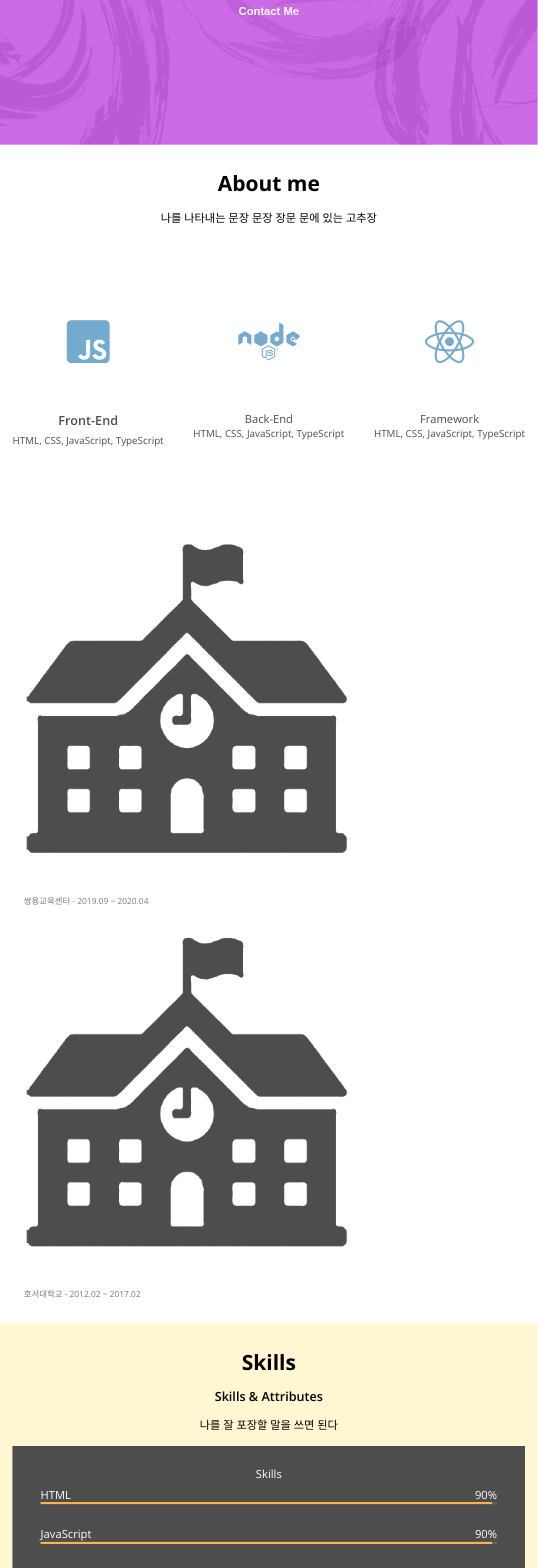
Repository: DevMinwoo-Jung/MinwooPortfolio
Page: index.html
An editor plug-in stored every save of this project. The page is shown before and after the next save, followed by the edit.
The browser window is 768 px wide. The pictures show the part of the page from y = 584 to 2824 px (the page is 6235 px tall before and 6345 px after), at 70% of full size.

Above is the page before, as saved 2021-06-07 08:33:15.

### index.html
<!DOCTYPE html>
<html lang="en">
<head>
  <meta charset="UTF-8">
  <meta http-equiv="X-UA-Compatible" content="IE=edge">
  <meta name="viewport" content="width=device-width, initial-scale=1.0">
  <title>Minwoo's Portfolio</title>
  <meta name="description" content="(will be) world-renowned Front-End Web developer Minwoo">
  <meta name="author" content= "Minwoo Jung">
  <link rel="icon" type ="image/png" href="imgs/favicon.png">
  <link rel="stylesheet" href="https://use.fontawesome.com/releases/v5.15.3/css/all.css" integrity="sha384-SZXxX4whJ79/gErwcOYf+zWLeJdY/qpuqC4cAa9rOGUstPomtqpuNWT9wdPEn2fk" crossorigin="anonymous">
  <link rel="preconnect" href="https://fonts.gstatic.com">
<link href="https://fonts.googleapis.com/css2?family=Open+Sans:wght@400;600;700&display=swap" rel="stylesheet">
<link rel="stylesheet" href="style.css">
<script src="main.js" defer></script>
</head>
<body>
  <!-- Navbar -->
  <nav id="navbar">
    <div class="navbar__logo">
      <img src="imgs/favicon.png" alt="">
      <a href="#">Minwoo</a>
    </div>
    <div class="navbar__menu">
      <ul class="navbar__menu">
        <li class="navbar__menu__item active" data-link="#home">Home</li>
        <li class="navbar__menu__item" data-link="#about">About</li>
        <li class="navbar__menu__item" data-link="#skills">Skills</li>
        <li class="navbar__menu__item" data-link="#work">My work</li>
        <li class="navbar__menu__item" data-link="#testimonials">Testimonial</li>
        <li class="navbar__menu__item" data-link="#contact">Contact</li>
      </ul>
    </div>
  <!-- Toggle Button -->
      <button class="navbar__toggle-btn">
        <i class="fas fa-bars"></i>
      </button>
  </nav>

  <!-- Arrow Button -->
    <button class="home__btn" data-link="#home">
      <i class="fas fa-chevron-circle-up"></i>
    </button>


  <!-- Home -->
  <section id="home">
    <div class="home__container">
      <img src="imgs/myPhoto.jpg" alt="Minwoo's profile photo" class="home__avatar">
      <h1 class="home__title">반갑습니다. <br> 프론트엔드 개발자 정민우입니다.</h1>
      <h2 class="home__description">멈추지 않는 개발자로 살아가고싶습니다.</h2>
      <button class="home__contact" data-link="#contact">Contact Me</button>
    </div>
  </section>
  <!-- About -->
  <section id="about" class="section section__container">
    <h1>About me</h1>
    <p>나를 나타내는 문장 문장 장문 문에 있는 고추장</p>
    <div class="aoubt__majors">
      <div class="major">
        <div class="major__icon">
          <i class="fab fa-js-square"></i>
        </div>
        <h2 class="major__title">Front-End</h2>
        <div class="major__description">
          HTML, CSS, JavaScript, TypeScript
        </div>
      </div>
      <div class="major">
        <div class="major__icon">
          <i class="fab fa-node"></i>
        </div>
        <div class="major__title">Back-End</div>
        <div class="major__description">
          HTML, CSS, JavaScript, TypeScript
        </div>
      </div>
      <div class="major">
        <div class="major__icon">
          <i class="fab fa-react"></i>
        </div>
        <div class="major__title">Framework</div>
        <div class="major__description">
          HTML, CSS, JavaScript, TypeScript
        </div>
      </div>
    </div>
    <div class="aoubt__jobs">
      <div class="job">
        <img src="imgs/school.png" alt="" class="job__logo">
      </div>
      <div class="job__description">
        <p class="job__period">쌍용교육센터 - 2019.09 ~ 2020.04</p>
      </div>
      <div class="job">
        <img src="imgs/school.png" alt="" class="job__logo">
      </div>
      <div class="job__description">
        <p class="job__period">호서대학교 - 2012.02 ~ 2017.02</p>
      </div>
    </div>



  </section>
  <!-- Skills -->
  <section id="skills" class="section">
    <div class="section__container">
      <h1>Skills</h1>
      <h2>Skills & Attributes</h2>
      <p>
        나를 잘 포장할 말을 쓰면 된다
      </p>
      <div class="skillset">
        <div class="skillset__left">
          <h3 class="skillset__title">Skills</h3>
          <div class="skill">
            <div class="skill__description">
              <span>HTML</span>
              <span>90%</span>
            </div>
            <div class="skill__bar">
              <div class="skill__value" style="width: 99%;"></div>
            </div>
          </div>
          <div class="skill">
            <div class="skill__description">
              <span>JavaScript</span>
              <span>90%</span>
            </div>
            <div class="skill__bar">
              <div class="skill__value"  style="width: 99%;"></div>
            </div>
          </div>
          <div class="skill">
            <div class="skill__description">
              <span>CSS</span>
              <span>90%</span>
            </div>
            <div class="skill__bar">
              <div class="skill__value"  style="width: 90%;"></div>
            </div>
          </div>
          <div class="skill">
            <div class="skill__description">
              <span>TypeScript</span>
              <span>90%</span>
            </div>
            <div class="skill__bar">
              <div class="skill__value"  style="width: 85%;"></div>
            </div>
          </div>
          <div class="skill">
            <div class="skill__description">
              <span>NodeJs</span>
              <span>90%</span>
            </div>
            <div class="skill__bar">
              <div class="skill__value"  style="width: 80%;"></div>
            </div>
          </div>
        </div>
        <div class="skillset__right">
          <div class="tools">
            <h3 class="skillset__title">Tools</h3>
            <ul class="tools__list">
              <li><span>Visual Studio Code</span></li>
              <li><span>1</span></li>
              <li><span>2</span></li>
              <li><span>3</span></li>
              <li><span>4</span></li>
            </ul>
          </div>
          <div class="etc">
            <h3 class="skillset__title">Etc</h3>
            <ul class="etc__list">
              <li><span>Git</span></li>
              <li><span>Etc</span></li>
            </ul>
          </div>
        </div>
      </div>
    </div>
  </section>
  <!-- Work -->
  <section id="work" class="section">
<div class="section__container">
  <h1>My work</h1>
  <h3>Projects</h3>
  <div class="work__categories">
    <button class="category__btn selected" data-filter="*">All <span class="category__count">8</span></button>
    <button class="category__btn" data-filter="Front-End">Front-End <span class="category__count">3</span></button>
    <button class="category__btn" data-filter="React">React <span class="category__count">2</span></button>
    <button class="category__btn" data-filter="vanilaJs">VanilaJs <span class="category__count">2</span></button>
    <button class="category__btn" data-filter="nodeJs">NodeJs <span class="category__count">1</span></button>
  </div>
  <div class="work__projects">
    <a href="mygithub" class="project" target="blank" data-type="*">
    <img class="project__img" src="imgs/favicon.png" alt="project1">
    <!-- 이미지 추후에 넣자 -->
    <div class="project__description">
      <h3>Proejct</h3>
      <span>Clone coding with HTML and CSS</span>
    </div>
    </a>
    <a href="mygithub" class="project" target="blank" data-type="Front-End">
      <img class="project__img" src="imgs/favicon.png" alt="project1">
      <!-- 이미지 추후에 넣자 -->
      <div class="project__description">
        <h3>Proejct</h3>
        <span>Clone coding with HTML and CSS</span>
      </div>
      </a>
      <a href="mygithub" class="project" target="blank" data-type="Front-End">
        <img class="project__img" src="imgs/favicon.png" alt="project1">
        <!-- 이미지 추후에 넣자 -->
        <div class="project__description">
          <h3>Proejct</h3>
          <span>Clone coding with HTML and CSS</span>
        </div>
      </a>
      <a href="mygithub" class="project" target="blank" data-type="React">
        <img class="project__img" src="imgs/favicon.png" alt="project1">
        <!-- 이미지 추후에 넣자 -->
        <div class="project__description">
          <h3>Proejct</h3>
          <span>Clone coding with HTML and CSS</span>
        </div>
      </a>
      <a href="mygithub" class="project" target="blank" data-type="vanilaJs">
        <img class="project__img" src="imgs/favicon.png" alt="project1">
        <!-- 이미지 추후에 넣자 -->
        <div class="project__description">
          <h3>Proejct</h3>
          <span>Clone coding with HTML and CSS</span>
        </div>
      </a>
      <a href="mygithub" class="project" target="blank" data-type="vanilaJs">
        <img class="project__img" src="imgs/favicon.png" alt="project1">
        <!-- 이미지 추후에 넣자 -->
        <div class="project__description">
          <h3>Proejct</h3>
          <span>Clone coding with HTML and CSS</span>
        </div>
      </a>
      <a href="mygithub" class="project" target="blank" data-type="nodeJs">
        <img class="project__img" src="imgs/favicon.png" alt="project1">
        <!-- 이미지 추후에 넣자 -->
        <div class="project__description">
          <h3>Proejct</h3>
          <span>Clone coding with HTML and CSS</span>
        </div>
      </a>
      <a href="mygithub" class="project" target="blank" data-type="React">
        <img class="project__img" src="imgs/favicon.png" alt="project1">
        <!-- 이미지 추후에 넣자 -->
        <div class="project__description">
          <h3>Proejct</h3>
          <span>Clone coding with HTML and CSS</span>
        </div>
      </a>
  </div>
</div>
  </section>
  <!-- Testimonials -->
  <section id="testimonials" class="section">
<div class="section__container">
  <h1>Testmonials</h1>
  <h3>See what they say about me</h3>
  <div class="testimonials">
    <div class="testimonial">
      <img src="imgs/testimonail/people.jpg" alt="" class="testimonial__avatar">
      <div class="testimonail__speech-bubble">
        <p>Lorem Ipsum is simply dummy text of the printing and typesetting industry. Lorem Ipsum has been the industry's standard dummy text ever since the 1500s, when an unknown printer took a galley of type and scrambled it to make a type specimen book. It has survived not only five centuries, but also the leap into electronic typesetting, remaining essentially unchanged. It was popularised in the 1960s with the release of Letraset sheets containing Lorem Ipsum passages, and more recently with desktop publishing software like Aldus PageMaker including versions of Lorem Ipsum.</p>
        <p class="name"><a href="">이름</a>일한곳</p>
      </div>
    </div>
    <div class="testimonial">
      <div class="testimonail__speech-bubble">
        <p>Lorem Ipsum is simply dummy text of the printing and typesetting industry. Lorem Ipsum has been the industry's standard dummy text ever since the 1500s, when an unknown printer took a galley of type and scrambled it to make a type specimen book. It has survived not only five centuries, but also the leap into electronic typesetting, remaining essentially unchanged. It was popularised in the 1960s with the release of Letraset sheets containing Lorem Ipsum passages, and more recently with desktop publishing software like Aldus PageMaker including versions of Lorem Ipsum.</p>
        <p class="name"><a href="">이름</a>일한곳</p>
      </div>
      <img src="imgs/testimonail/people.jpg" alt="" class="testimonial__avatar">
    </div>
  </div>
</div>
  </section>
  <!-- Contact -->
  <section id="contact" class="section">
    <h1 class="contact__title">Let's talk</h1>
    <h2 class="contact__email">applejung312@gmail.com</h2>
    <div class="contact__links">
      <a href="https://github.com/DevMinwoo-Jung" target="_blank">
        <i class="fab fa-github"></i>
      </a>
      <a href="https://dev-minwoo.tistory.com/" target="_blank">
        <i class="fas fa-blog"></i>
      </a>
    </div>
    <p class="contact__right">
      2021 Minwoo Jung - All rights reseverd
    </p>
  </section>
</body>
</html>

### style.css
/* Global */
:root {
  /* Color */
  --color-white: #ffffff;
  --color-light-white: #eeeeee;
  --color-dark-white: #bdbdbd;
  --color-pink: #fe918d;
  --color-dark-pink: #ff6863;
  --color-dark-grey: #4d4d4d;
  --color-grey: #616161;
  --color-light-grey: #7c7979;
  --color-blue: #73aace;
  --color-yellow: #fff7d1;
  --color-orange: #feb546;
  --color-black: #000000;
  --color-dard-purple: rgb(78, 23, 69);

  /* Font size */
  --font-large: 48px;
  --font-medium: 28px;
  --font-regular: 18px;
  --font-small: 16px;
  --font-micro: 14px;

  /* Font weight */
  --weight-bold: 700;
  --weight-semi-bold: 600;
  --weight-regular: 400;

  /* Size */
  --size-border-radius: 4px;

  /* Animation Duration */
  --animation-duration: 300ms;
}

/* Universal tags */
* {
  box-sizing: border-box;
}

/* Typography */
h1 {
  font-size: var(--font-large);
  font-weight: var(--weight-bold);
  color: var(--color-black);
  margin: 16px 0px;
}

h2 {
  font-size: var(--font-medium);
  font-weight: var(--weight-semi-bold);
  color: var(--color-black);
  margin: 8px 0;
}

h3 {
  font-size: var(--font-regular);
  font-weight: var(--weight-regular);
  color: var(--color-black);
  margin: 8px 0;
}

p {
  font-size: var(--font-regular);
  font-weight: var(--weight-regular);
  color: var(--color-black);
  margin: 16px 0;
}

body {
  margin: 0;
  font-family: "Open Sans", sans-serif;
  cursor: default;
}

a {
  text-decoration: none;
  color: var(--color-white);
}

ul {
  list-style: none;
  padding-left: 0;
}

li {
  list-style: none;
}

button {
  background-color: transparent;
  cursor: pointer;
  border: none;
  outline: none;
}

/* Navbar */
#navbar {
  display: flex;
  justify-content: space-between;
  background-color: purple;
  align-items: center;
  position: fixed;
  width: 100%;
  transition: all var(--animation-duration) ease-in-out;
  z-index: 1;
}

#navbar.navbar--dark {
  background-color: rgb(150, 95, 150);
  padding: 8px;
}

.navbar__menu {
  display: flex;
}

.navbar__menu__item {
  padding: 8px 12px;
  margin: 0 4px;
  cursor: pointer;
  color: var(--color-white);
  border: 1px solid transparent;
}

.navbar__menu__item:hover {
  background-color: var(--color-dard-purple);
  border-radius: var(--size-border-radius);
}

.navbar__logo {
  font-size: var(--font-medium);
  font-weight: var(--weight-semi-bold);
  color: white;
}

.navbar__logo img {
  height: 100px;
  width: 100px;
}

.navbar__logo a {
  position: relative;
  bottom: 35px;
}

.navbar__toggle-btn {
  position: absolute;
  right: 32px;
  font-size: 24px;
  color: var(--color-white);
  top: 24px;
  display: none;
}

/* Home */
#home {
  background: url("imgs/background\ Img.png") center/cover no-repeat;
  padding: 150px;
  text-align: center;
}

.home__fadeOut {
  opacity: 0.5;
  transition: all calc(var(--animation-duration)) ease-in-out;
}

.home__avatar {
  width: 250px;
  height: 250px;
  border-radius: 50%;
  border: 2px solid var(--color-white);
}

.home__title,
.home__description {
  color: var(--color-white);
}

.home__contact {
  color: var(--color-white);
  font-size: var(--font-regular);
  font-weight: var(--weight-bold);
  margin: 24px;
  padding: 8px 12px;
  border: 2px solid (var(--color-white));
  border-radius: var(--size-border-radius);
}

.home__contact:hover {
  background-color: rgb(151, 87, 151);
}

/* Section common */
.section {
  margin: auto;
  padding: 50px;
  text-align: center;
}

.section__container {
  max-width: 1200px;
  margin: auto;
}

/* About */
.aoubt__majors {
  display: flex;
  justify-content: space-between;
  margin: 80px 0;
}

.major__icon {
  width: 170px;
  height: 170px;
  font-size: 70px;
  line-height: 170px;
  margin: auto;
  border: 1px solid var(--color-white);
  border-radius: 50%;
  margin-bottom: 16px;
  color: var(--color-blue);
}

.major__icon i {
  transition: all var(--animation-duration) ease;
}

.major__icon:hover i {
  color: var(--color-pink);
  transform: rotate(-30deg) scale(1.1);
}

/*
.major__icon i:hover{
  이렇게하면 i에 올려났을때만 변하지만
  위처럼하면 icon에 올렸을때 i만 변한다
  color: var(--color-pink);
  transform: rotate(-30deg) scale(1.1);
} */

.major__title,
.major__description {
  color: var(--color-dark-grey);
}

.major__description {
  font-size: var(--font-small);
}

.job {
  display: flex;
  align-items: center;
}

.job__description {
  margin: 0 16px;
  text-align: left;
}

.job__name,
.job__period {
  color: var(--color-light-grey);
}

.job__name {
  font-size: var(--font-small);
}

.job__period {
  font-size: var(--font-micro);
}

/* Skill */
#skills {
  background-color: var(--color-yellow);
}

.skillset {
  display: flex;
  background-color: var(--color-light-grey);
  color: var(--color-light-white);
  margin: 20px 0;
}

.skillset__title {
  color: var(--color-white);
}

.skillset__left {
  flex-basis: 60%;
  background-color: var(--color-dark-grey);
  color: var(--color-white);
  padding: 20px 40px;
}

.skill__description {
  display: flex;
  justify-content: space-between;
}

.skillset__right {
  flex-basis: 40%;
}

.tools {
  background-color: var(--color-grey);
}

.skill__bar {
  width: 100%;
  height: 3px;
  background-color: var(--color-grey);
}

.skill {
  margin-bottom: 32px;
}

.skill__value {
  height: 3px;
  background-color: var(--color-orange);
}

.tolls,
.etc {
  padding: 20px;
}

/* Work */
.work__categories {
  margin: 40px;
}

.category__btn {
  border: 1px solid var(--color-dark-grey);
  border-radius: var(--size-border-radius);
  font-size: var(--font-regular);
  padding: 8px 48px;
  position: relative;
}

.category__btn.selected,
.category__btn:hover {
  background-color: var(--color-pink);
  color: var(--color-white);
}

.category__btn.selected,
.category__count,
.category__btn:hover .category__count {
  opacity: 1;
  top: 0;
}
.category__count {
  background-color: var(--color-orange);
  border-radius: 50%;
  color: var(--color-white);
  width: 24px;
  height: 24px;
  display: inline-block;
  line-height: 24px;
  position: relative;
  top: -20px;
  right: 16px;
  opacity: 0;
  transition: all var(--animation-duration);
  position: absolute;
}

.work__projects {
  display: flex;
  flex-wrap: wrap;
  justify-content: center;
  opacity: 1;
  transition: all var(--animation-duration) ease-out;
}

.work__projects.anim-out {
  opacity: 0;
  transform: scale(0.9) translateY(40px);
}

.project {
  width: 280px;
  display: flex;
  justify-content: center;
  align-items: center;
  height: 250px;
  margin: 2px;
  background-color: var(--color-light-white);
  position: relative;
}

.project__img {
  max-width: 100%;
  max-height: 100%;
  align-self: center;
}

.project__description {
  position: absolute;
  top: 0;
  left: 0;
  width: 100%;
  height: 100%;
  display: flex;
  flex-direction: column;
  justify-content: center;
  opacity: 0;
  transition: all var(--animation-duration) ease-in;
  transform: translateY(10px);
  background-color: black;
}

.project.invisible {
  display: none;
}

.project:hover .project__description {
  opacity: 0.8;
  transform: translateY(0px);
}

.project__description h3 {
  color: var(--color-orange);
}

.project__description h3:after {
  content: "";
  display: block;
  position: relative;
  width: 25px;
  height: 25px;
  left: 50%;
  margin-left: -12px;
  background-color: var(--color-dark-white);
  transform: translateX(-50%);
}

/* Testimonial */
#testimonials {
  background-color: var(--color-dark-white);
}

.testimonials {
  margin: 40px;
}

.testimonial {
  display: flex;
  margin: 32px 0;
}

.testimonial__avatar {
  width: 150px;
  height: 150px;
  border-radius: 50%;
}

.testimonial__avatar:nth-child(odd) {
  margin-right: 40px;
}

.testimonial__avatar:nth-child(even) {
  margin-left: 40px;
}

.testimonail__speech-bubble {
  padding: 18px;
  background-color: var(--color-white);
  border-radius: var(--size-border-radius);
}

.testimonail__speech-bubble p {
  color: var(--color-light-grey);
}

.testimonail__speech-bubble a {
  color: var(--color-pink);
}

/* Contact */

#contact {
  background-color: var(--color-pink);
}

.contact__title,
.contact__email,
.contact__rights {
  color: var(--color-white);
}

.contact__title {
  margin: 32px 0;
}

.contact__links {
  font-size: var(--font-large);
  margin: 24px 0;
}

.contact__links i:hover {
  transform: scale(1.1);
  color: var(--color-yellow);
  transition: all var(--animation-duration) ease-in;
}

.home__btn {
  top: 90%;
  left: 90%;
  position: fixed;
  font-size: 40px;
  color: var(--color-white);
  background-color: purple;
  border-radius: 50%;
  width: 70px;
  height: 70px;
  pointer-events: none;
  opacity: 0;
  transition: opacity var(--animation-duration) ease-in;
}

.home__btn--visible {
  opacity: 1;
  pointer-events: auto;
}

@media screen and (max-width: 768px) {
  :root {
    /* Font size */
    --font-large: 30px;
    --font-medium: 18px;
    --font-regular: 16px;
    --font-small: 14px;
    --font-micro: 12px;
  }

  .navbar__toggle-btn {
    display: block;
  }
  #navbar {
    flex-direction: column;
    align-items: flex-start;
    transition: 0.4s;
  }
  .navbar__menu {
    flex-direction: column;
    text-align: center;
    width: 100%;
    display: none;
    opacity: 0;
    transition: all var(--animation-duration) ease-in;
  }

  .navbar__menu.show {
    flex-direction: column;
    text-align: center;
    width: 100%;
    display: block;
    opacity: 1;
    transition: all var(--animation-duration) ease-in;
  }

  .about__majors {
    flex-direction: column;
    margin-top: 30px;
    margin-bottom: 0px;
  }

  .major {
    margin-bottom: 30px;
  }

  .category__btn {
    margin: 4px 0;
    width: 90%;
  }

  .skillset {
    flex-direction: column;
  }

  .testimonail__avatar {
    width: 80px;
    height: 80px;
  }

  .testimonial {
    flex-direction: column;
    align-items: center;
  }

  .section {
    padding: 18px;
  }

  .testimonial__avatar:nth-child(odd),
  .testimonial__avatar:nth-child(even) {
    margin: 0;
    margin-bottom: 8px;
  }
  .testimonail__speech-bubble {
    order: 1;
  }

  .home__btn {
    font-size: 30px;
    border-radius: 50%;
    width: 40px;
    height: 40px;
  }

  .navbar__toggle-btn {
    display: block;
    top: 16px;
    right: 16px;
    font-size: var(--font-medium);
  }
}

### main.js
'use strict'

// const scroll = window.scrollY; // 0 ~
// const navbar = document.getElementById('navbar').getBoundingClientRect().height; // 139


// Make navbar tranparent when it is on the top
const navbar = document.querySelector('#navbar');
const navbarHeight = navbar.getBoundingClientRect().height;

document.addEventListener('scroll', () => {
  if(window.scrollY > navbar){
    navbar.classList.add('navbar--dark');
  } else {
    document.getElementById('navbar').style.backgroundColor = 'purple'
    navbar.classList.remove('navbar--dark');
  }
});


// handle scroll when click navbar menu
// navbar가 메뉴 가림 추후 해결 해야함 2021.06.02
const navbarMenu = document.querySelector('.navbar__menu');
navbarMenu.addEventListener('click', (event) => {
  const target = event.target;
  const link = target.dataset.link;
  if(link == null){
    return;
  }
  console.log(link);
  console.log(target);
  scollIntoView(link);
});


// handle scroll when click contact
const contactMe = document.querySelector('.home__contact');
contactMe.addEventListener('click', () => {
  scollIntoView('#contact');
});


// home contents is faded out when scroll down
const homeContents = document.querySelector('.home__container');
const homeHeight = homeContents.getBoundingClientRect().height;
document.addEventListener('scroll', () => {
  homeContents.style.opacity = 1 - window.scrollY / homeHeight;
});


// appears arrow button after scrolling down
const arrowBtn = document.querySelector('.home__btn');
document.addEventListener('scroll', () => {
  if(window.scrollY > homeHeight){
    arrowBtn.classList.add('home__btn--visible');
  } else {
    arrowBtn.classList.remove('home__btn--visible');
  };
  navbarMenu.classList.remove('show');
  navbarMenu.childNodes[1].classList.remove('show');
});

// go to home when click arrow button
arrowBtn.addEventListener('click', () => {
  scollIntoView('#home');
});

// show projects
const projectsCategories = document.querySelector('.work__categories');
const project = document.querySelector('.work__projects');
const projects = document.querySelectorAll('.project');

projectsCategories.addEventListener('click', (e) => {
  const filter = e.target.dataset.filter || e.target.parentNode.dataset.filter;
  if (filter == null) {
    return;
  };

// Remove selection from the previous item and select the new
const active = document.querySelector('.category__btn.selected');
active.classList.remove('selected');
const target = e.target.nodeName === 'BUTTON' ? e.target : e.target.parentNode;
target.classList.add('selected');

project.classList.add('anim-out');
setTimeout(() => {
  projects.forEach((project) => {
    if(filter === '*' || filter === project.dataset.type){
      project.classList.remove('invisible');
    } else {
      project.classList.add('invisible');
    }
  });
  project.classList.remove('anim-out');
  }, 300);
});


// show menu when click navbar menu
const navbarBtn = document.querySelector('.navbar__toggle-btn');
navbarBtn.addEventListener('click', () => {
  console.log(navbarMenu.childNodes[1]);
  navbarMenu.classList.toggle('show');
  navbarMenu.childNodes[1].classList.toggle('show');
});


// functions
function scollIntoView(selector){
  const scrollTo = document.querySelector(selector);
  scrollTo.scrollIntoView({ behavior: 'smooth'});
}

After the next save:
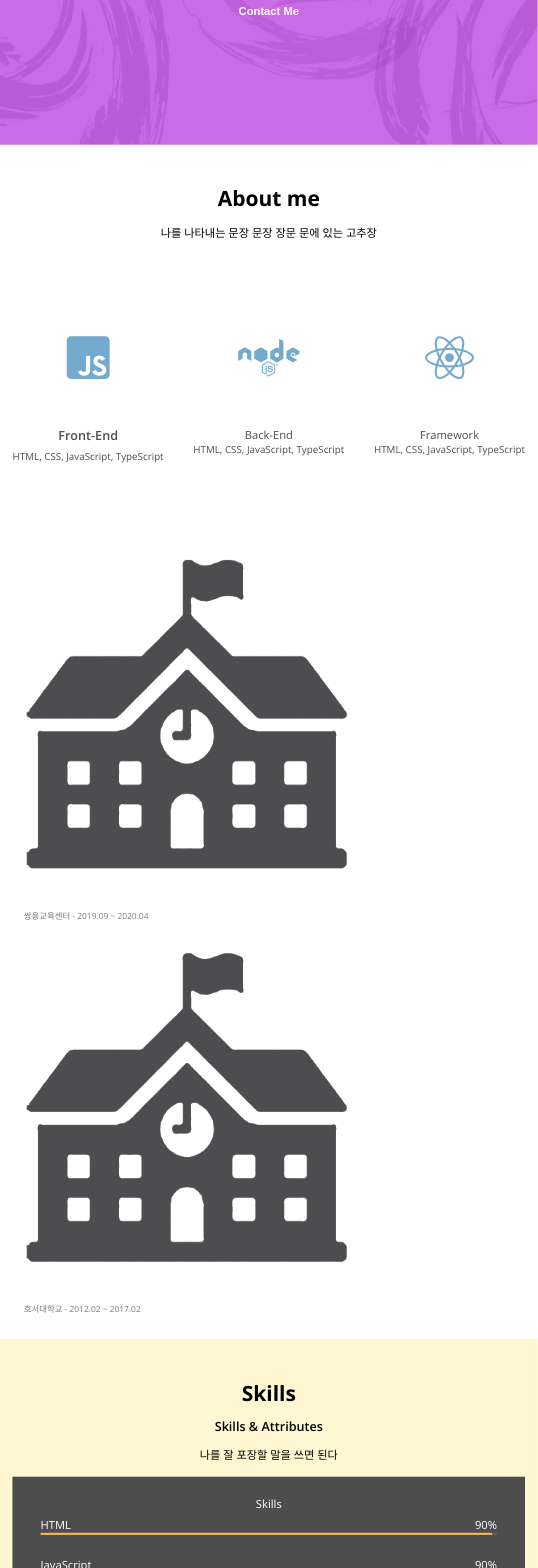
Saved 51 s later.
--- a/style.css
+++ b/style.css
@@ -595,6 +595,7 @@ button {
 
   .section {
     padding: 18px;
+    padding-top: 40px;
   }
 
   .testimonial__avatar:nth-child(odd),
